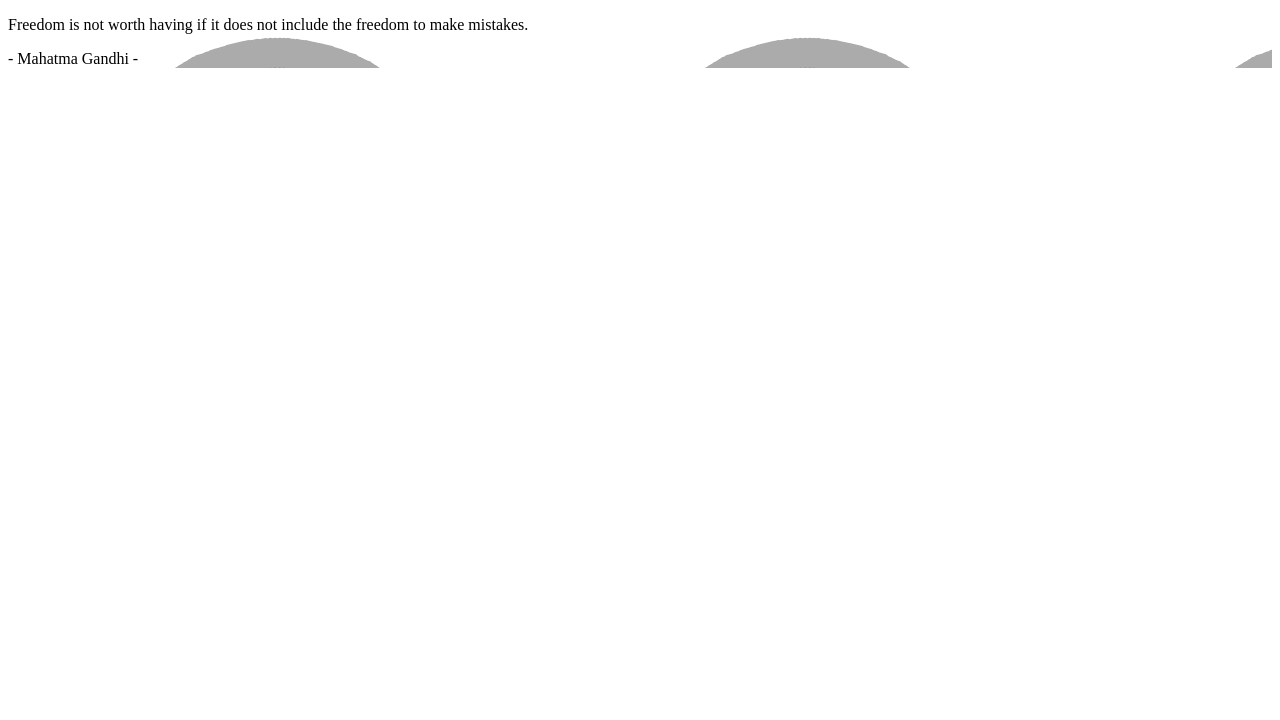
Repository: song-bean/Web_song
Page: 02_CSS/src/main/webapp/chapter03/unit05_01_opacity_before.html
An editor plug-in stored every save of this project. The page is shown before and after the next save, followed by the edit.
The browser window is 1280 px wide. The pictures show the whole page.

Above is the page before, as saved 2023-02-23 06:09:57.

After the next save:
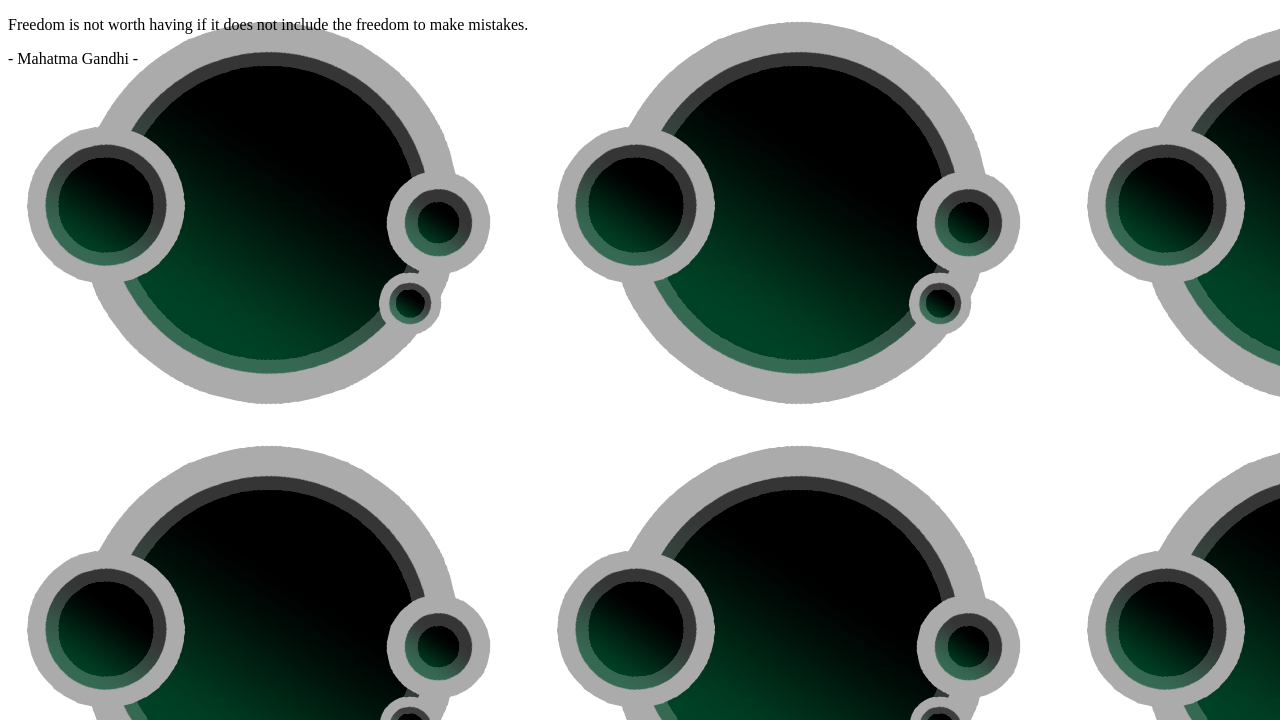
Saved 37 s later.
--- a/02_CSS/src/main/webapp/chapter03/unit05_01_opacity_before.html
+++ b/02_CSS/src/main/webapp/chapter03/unit05_01_opacity_before.html
@@ -4,7 +4,7 @@
 		<title>이미지, 색상, 글자 투명도 조정하기</title>
 		<meta charset="UTF-8" />
 		<style type="text/css">
-			div{
+			body{
 				background: url(images/circle.png)
 			}
 		</style>
